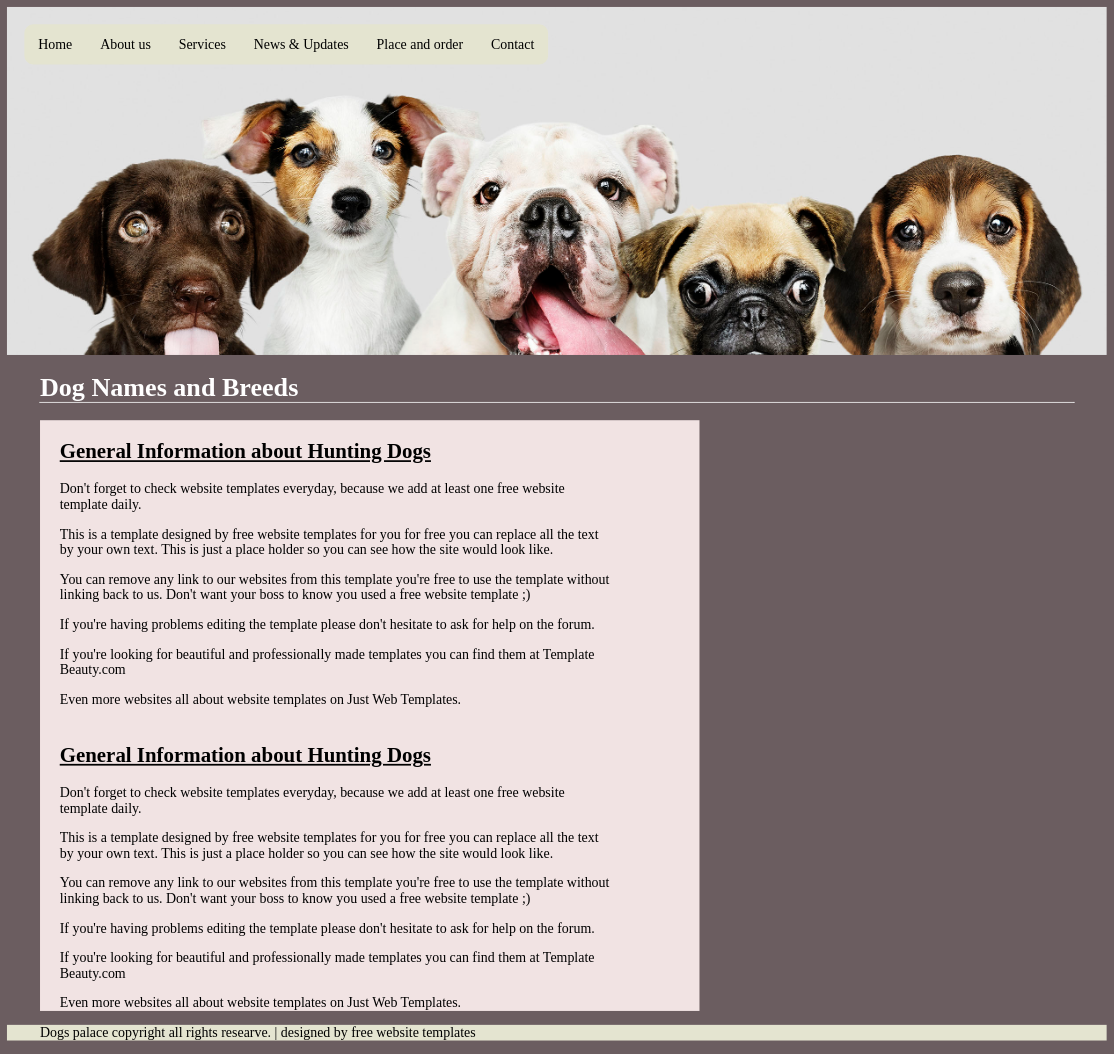
Repository: Tayma-Kazmouz/labwork
Page: index.html
These files come from the project's save history. The page is drawn as it stood at one moment and after the next save; the edit follows.
The browser window is 1280 px wide. The pictures show the whole page, at 87% of full size.

Above is the page before, as saved 2022-04-04 17:04:00.

After the next save:
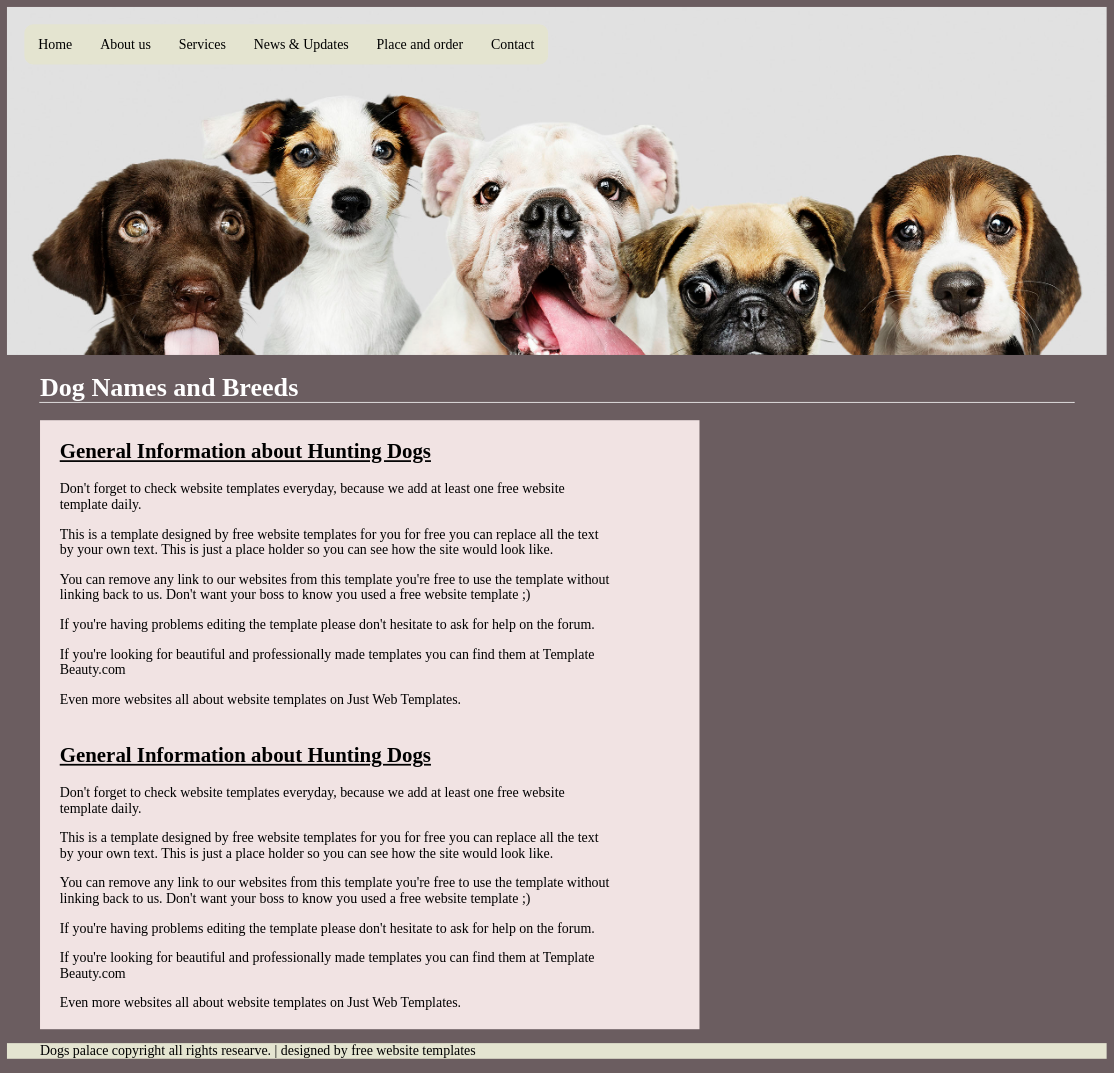
Saved 8 s later.
--- a/styles.css
+++ b/styles.css
@@ -50,7 +50,7 @@ h1{
     position: relative;
     left: 3%;
     width: 60%;
-    height: 100%;
+    height: 700px;
 }
 
 h2{
